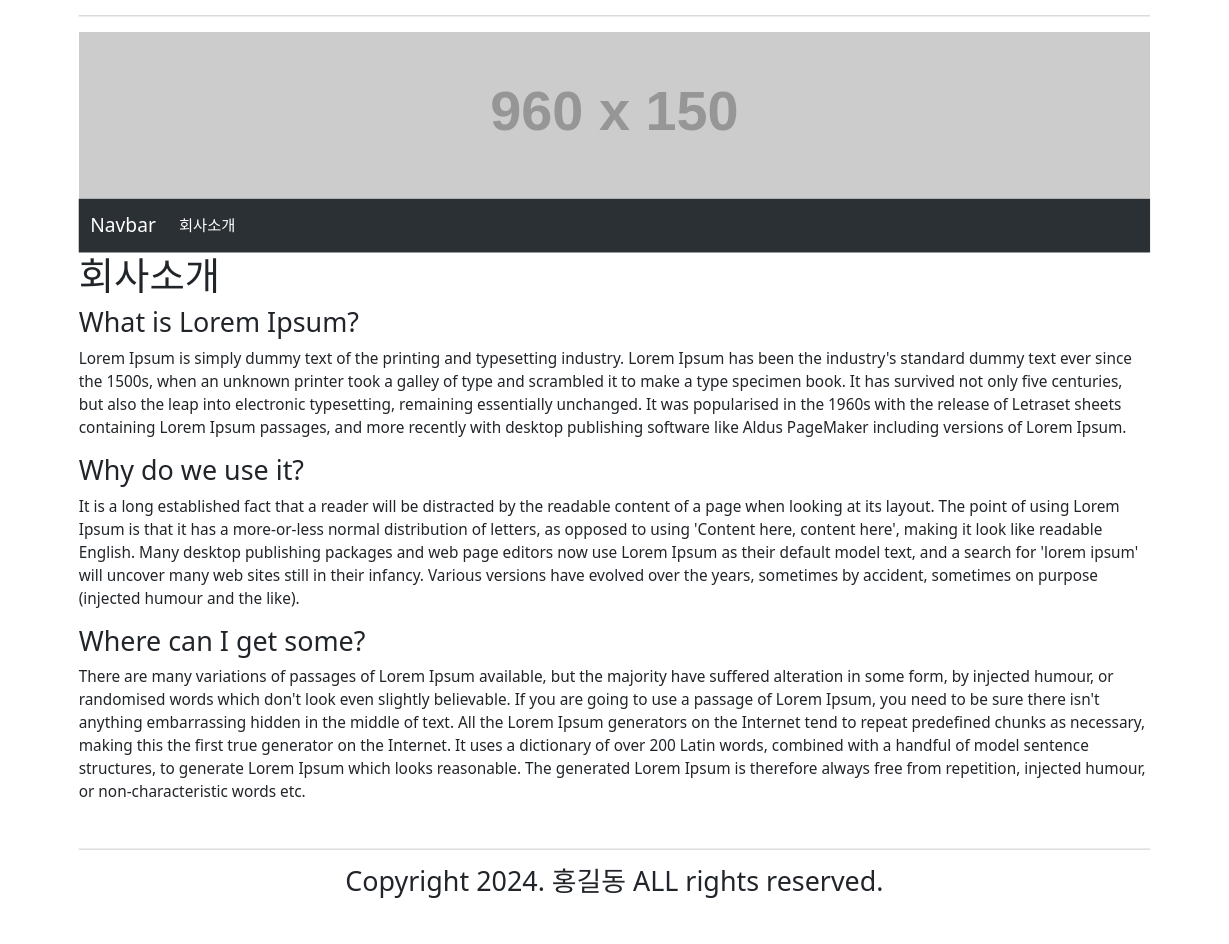
Repository: nltpbj/jsp
Page: http://localhost/ex01/
An editor plug-in stored every save of this project. The page is shown before and after the next save, followed by the edit.
The browser window is 1280 px wide. The pictures show the whole page, at 96% of full size.
The page is served by Tomcat 9.

Above is the page before, as saved 2024-04-29 02:31:18.

After the next save:
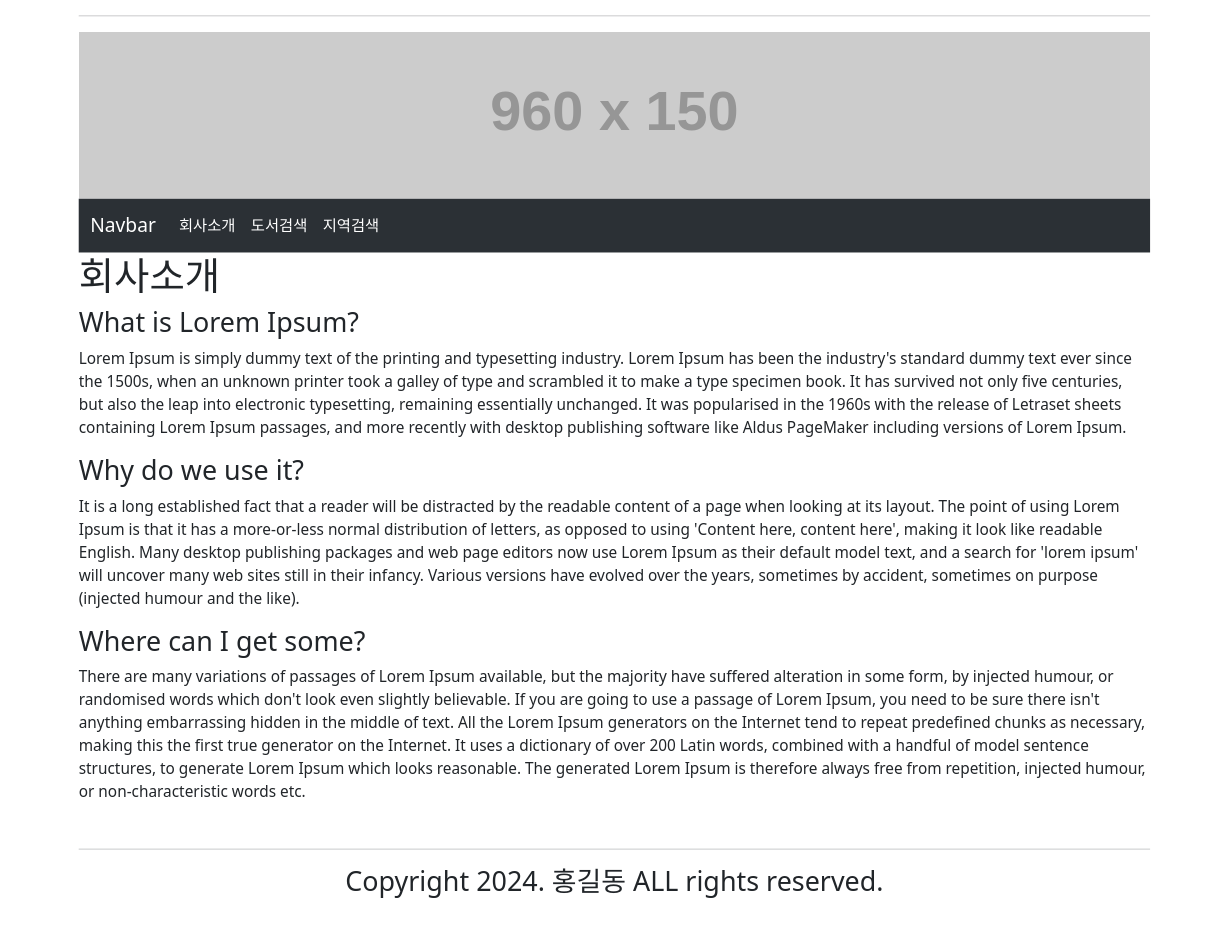
Saved 60 s later.
--- a/ex01/src/main/webapp/menu.jsp
+++ b/ex01/src/main/webapp/menu.jsp
@@ -11,6 +11,12 @@
         <li class="nav-item">
           <a class="nav-link active" aria-current="page" href="#">회사소개</a>
         </li>
+        <li class="nav-item">
+          <a class="nav-link active" aria-current="page" href="/kakao/book">도서검색</a>
+        </li>
+           <li class="nav-item">
+          <a class="nav-link active" aria-current="page" href="/kakao/local">지역검색</a>
+        </li>
       </ul>
     </div>
   </div>
